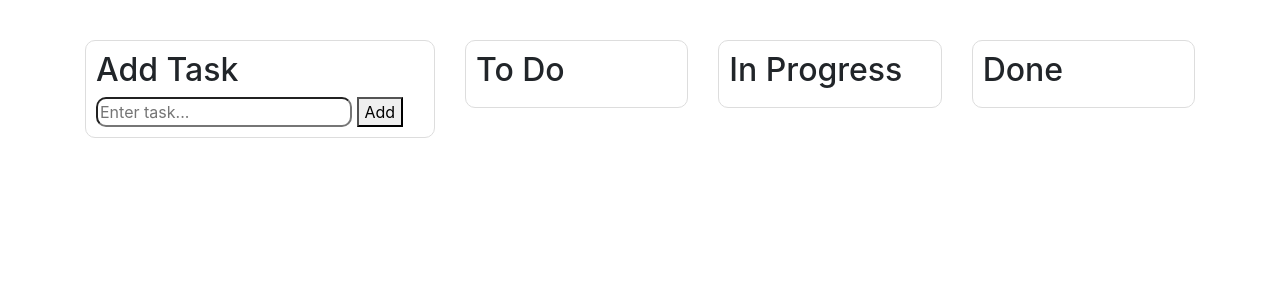
Repository: ZakariaZhlat125/test-rar-it
Page: http://localhost/
The author's editor kept a copy of each file at every save. The page is drawn from the files as they stood at one save, then again after the next save.
The browser window is 1280 px wide. The pictures show the whole page.
Some web libraries are served in a nearby version. The page is run by PHP 8.4 with error messages shown; the project is at /var/www/html/. The database holds what the project's SQL file puts in it.

Above is the page before, as saved 2024-03-01 23:07:42.

After the next save:
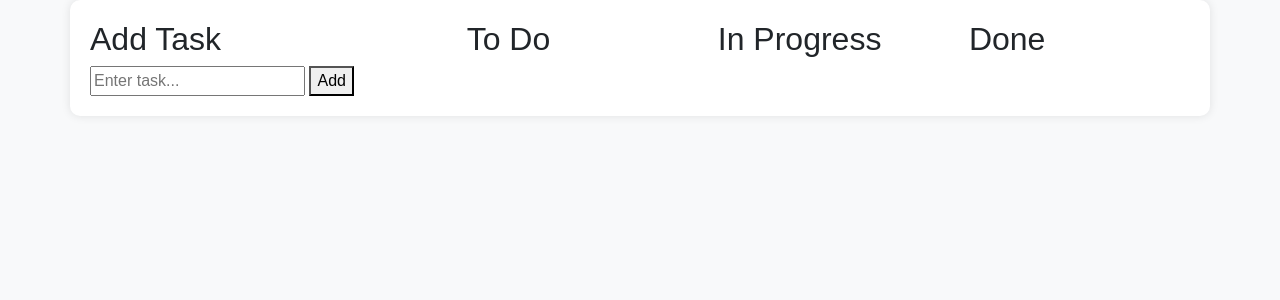
Saved 5 min 10 s later.
--- a/styles.css
+++ b/styles.css
@@ -1,47 +1,15 @@
 body {
-  margin: 20px;
-  padding: 20px;
-}
-.container {
-display: flex;
-flex-direction: column;
-}
-.bigbox {
-  border: 1px solid #ddd;
-  padding: 10px;
-  border-radius: 10px;
-  display: flex;
-  justify-content: space-between;
-}
-.task-list {
-  border: 1px solid #ddd;
-  padding: 10px;
-  border-radius: 10px;
-  margin-bottom: 20px;
+  margin: 0;
+  padding: 0;
+  font-family: 'Arial', sans-serif;
+  background-color: #f8f9fa; /* Light gray background */
 }
 
-.task-item {
-  background-color: #fafaf8;
-  border: 1px solid #b5bcc2;
+.container {
+  display: flex;
+  flex-direction: column;
+  background-color: #ffffff; /* White background */
+  padding: 20px;
   border-radius: 10px;
-  margin-bottom: 5px;
-  padding: 10px;
-  cursor: grab;
-  position: relative;
+  box-shadow: 0 0 10px rgba(0, 0, 0, 0.1); /* Box shadow for depth */
 }
-.delete-btn {
-  position: absolute;
-  border: none;
-  background: none;
-  top: 5px;
-  right: 5px;
-  cursor: pointer;
-}
-
-.delete-btn:hover {
-  color: red;
-}
-
-#taskInput {
-  border-radius: 10px;
-}
